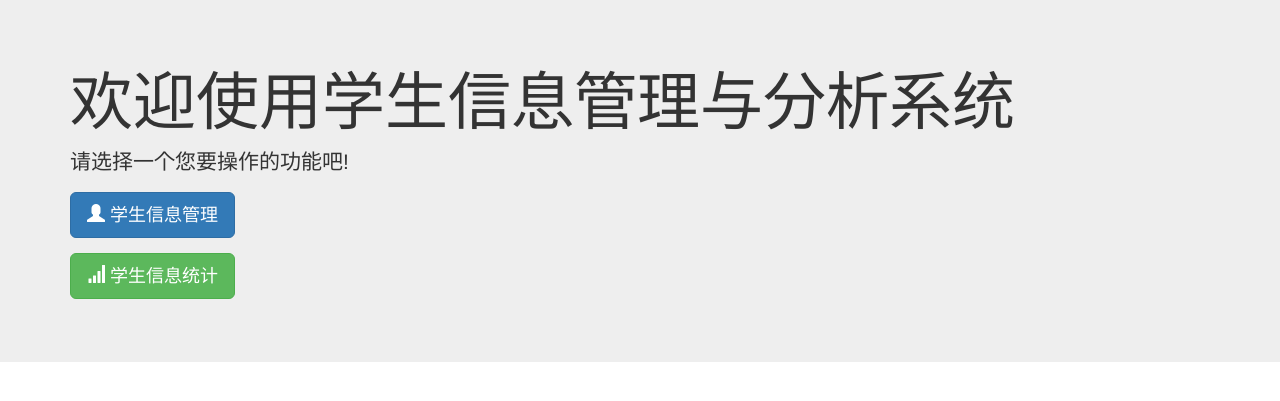
Repository: HelloChuang/HelloChuang-EclipseWorkSpace
Page: http://localhost/JustTest/
An editor plug-in stored every save of this project. The page is shown before and after the next save, followed by the edit.
The browser window is 1280 px wide. The pictures show the whole page.
The page is served by Tomcat 9. Nobody is signed in. The application's start-up code is not run.

Above is the page before, as saved 2018-11-06 13:57:18.

After the next save:
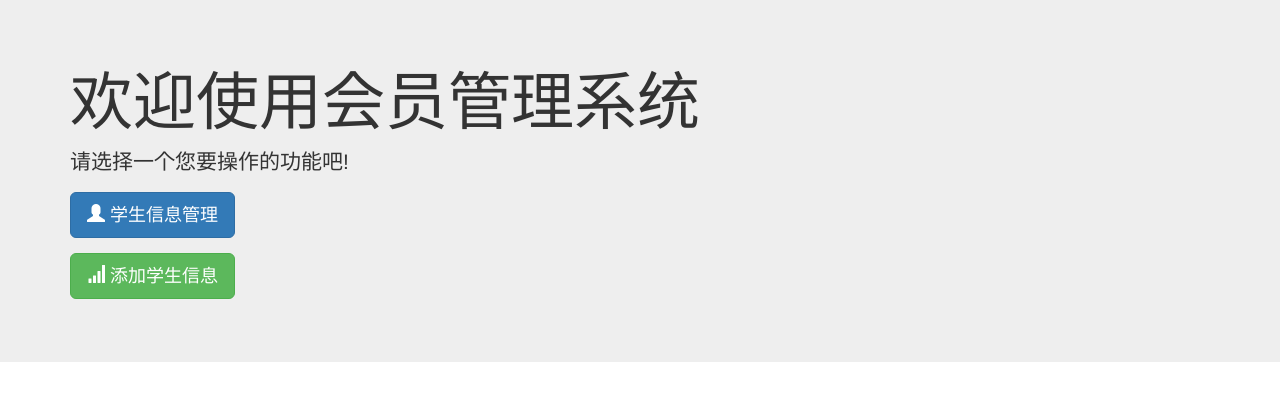
Saved 44 s later.
--- a/EclipseWorkSpace/JustTest/src/main/webapp/index.jsp
+++ b/EclipseWorkSpace/JustTest/src/main/webapp/index.jsp
@@ -15,16 +15,13 @@
 	function stuManage(){
 		window.location.href = "${pageContext.request.contextPath}/findStudentsByPage?pageIndex=1";
 	}
-	// 信息统计
-	function stuTongJi(){
-		window.location.href = "${pageContext.request.contextPath}/studentTongJiIndex";
-	}
+
 </script>
 </head>
 <body>
 	<div class="jumbotron">
 	    <div class="container">
-	        <h1>欢迎使用学生信息管理与分析系统</h1>
+	        <h1>欢迎使用会员管理系统</h1>
 	        <p>请选择一个您要操作的功能吧!</p>
 	        <p>
 	        	<button type="button" class="btn btn-primary btn-lg" onclick="stuManage();">
@@ -33,7 +30,7 @@
 	        </p>
 	        <p>
 	        	<button type="button" class="btn btn-success btn-lg" onclick="stuTongJi();">
-				  <span class="glyphicon glyphicon-signal"></span> 学生信息统计
+				  <span class="glyphicon glyphicon-signal"></span> 添加学生信息
 				</button>
 	        </p>
 	    </div>
